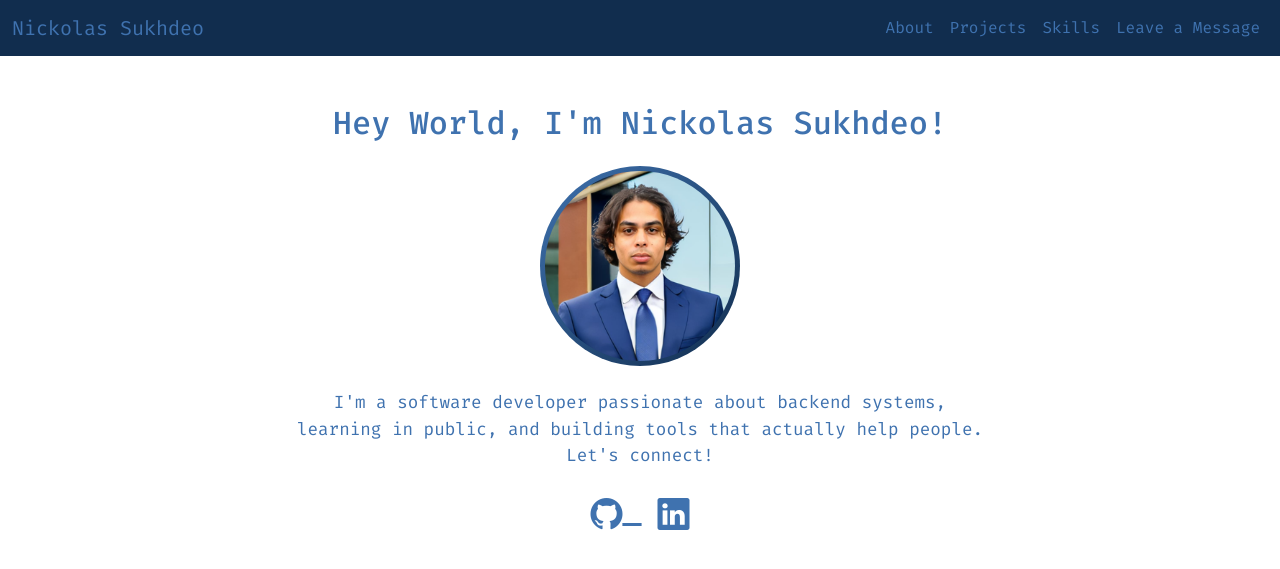
Repository: nlsukhde/porfolio
Page: index.html
An editor plug-in stored every save of this project. The page is shown before and after the next save, followed by the edit.
The browser window is 1280 px wide. The pictures show the whole page.

Above is the page before, as saved 2025-06-19 18:24:34.

After the next save:
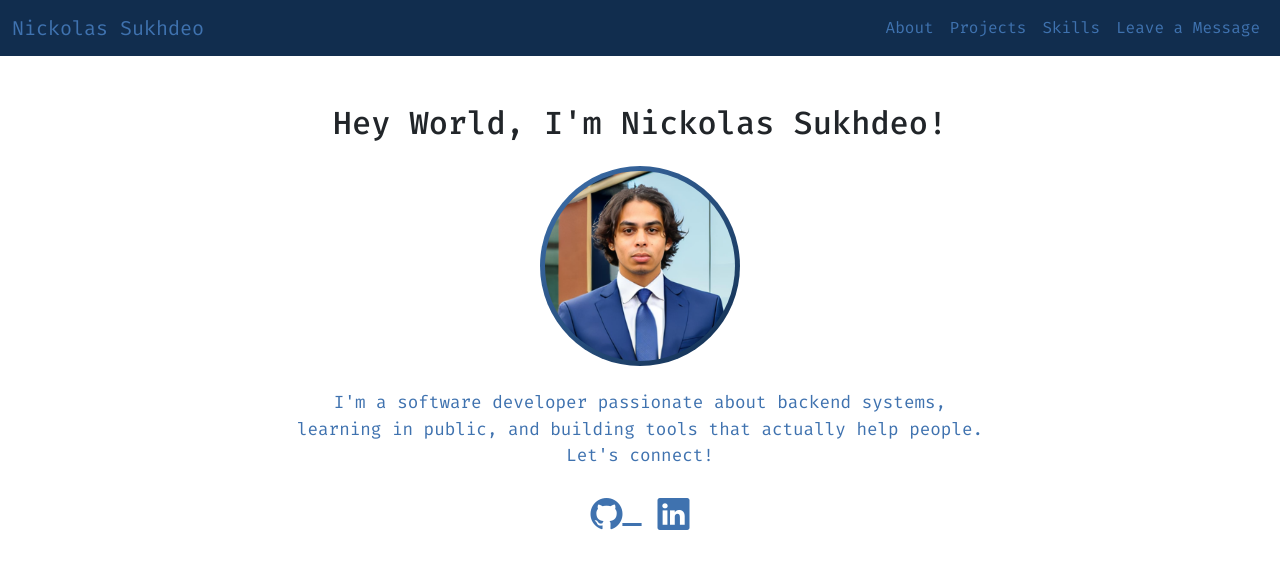
Saved 58 s later.
--- a/app.css
+++ b/app.css
@@ -8,7 +8,7 @@
 
 body{
   background-color: var(--color-bg);
-  color: var(--color-text)!important;
+  color: var(--color-text);
   font-family: "Fira Code", monospace !important;
 }
 
